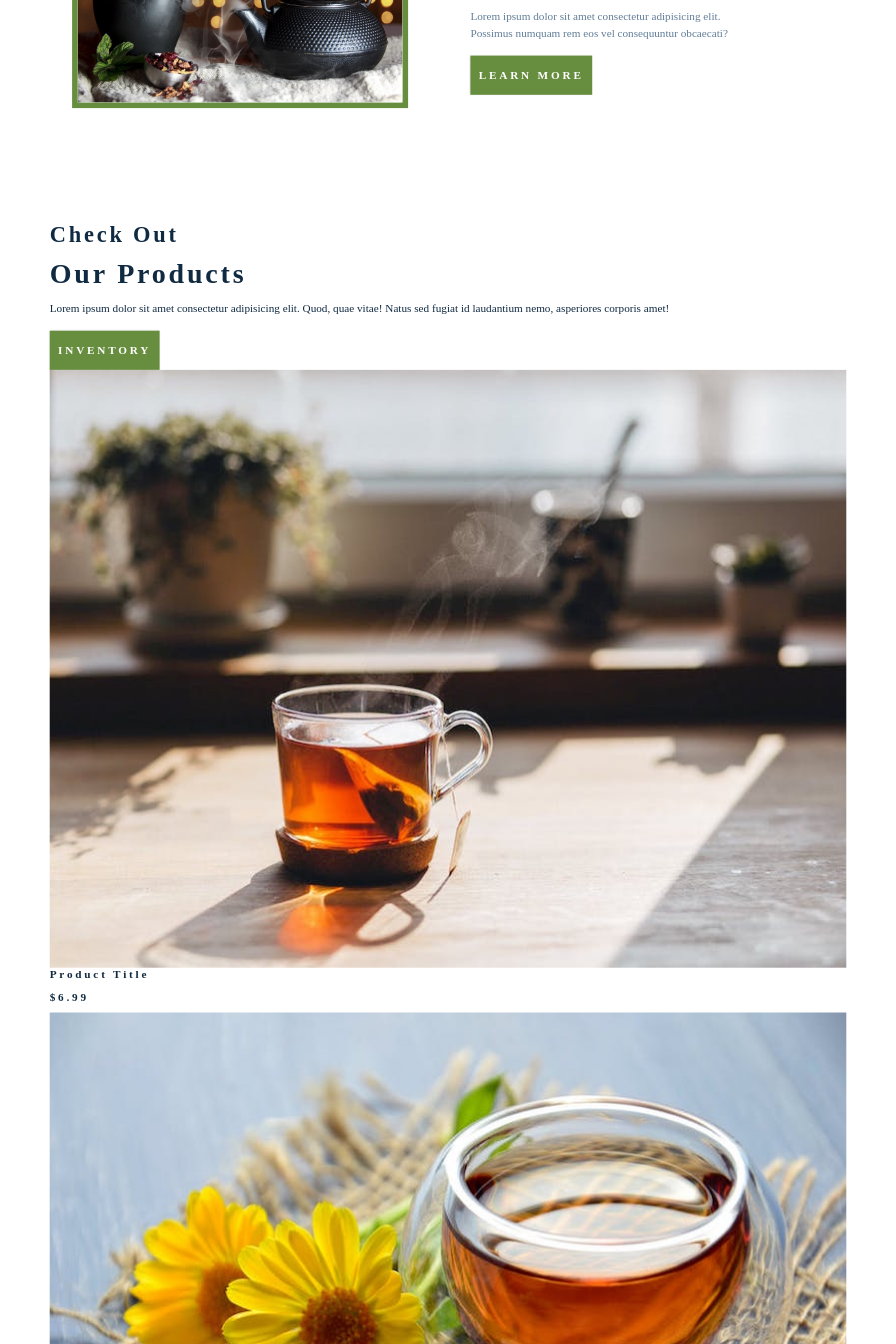
Repository: Ndifoinhilary/building_tea_site
Page: index.html
These files come from the project's save history. The page is drawn as it stood at one moment and after the next save; the edit follows.
The browser window is 1280 px wide. The pictures show the part of the page from y = 1379 to 3299 px (the page is 5444 px tall before and 5572 px after), at 70% of full size.
Backgrounds fixed to the window are drawn as part of the page. Some web fonts or font styles are not loaded; a fallback is used.

Above is the page before, as saved 2024-01-06 13:00:31.

After the next save:
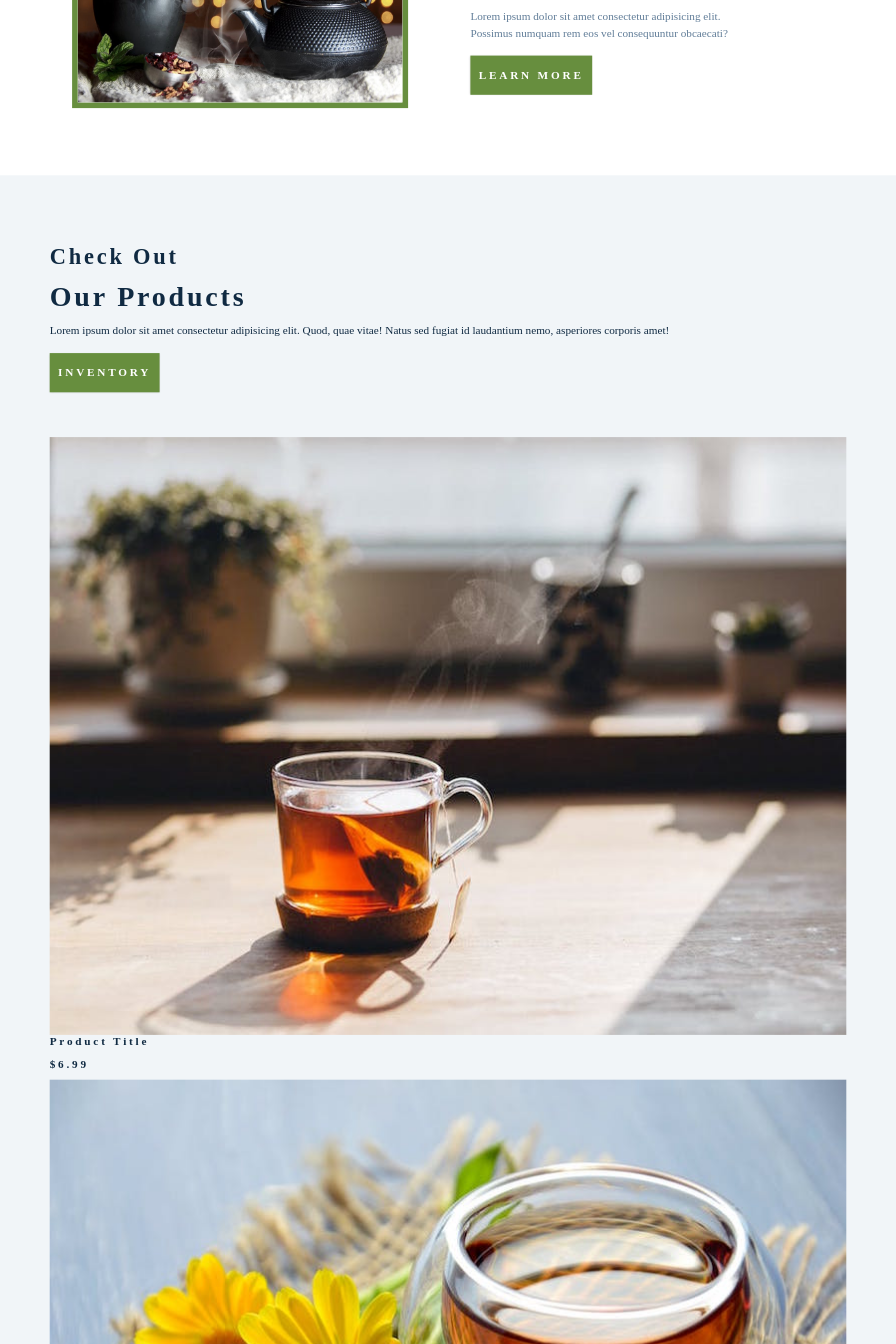
Saved 2 min 37 s later.
--- a/css/styles.css
+++ b/css/styles.css
@@ -269,3 +269,12 @@ transform: scale(1.2)
     padding-left:2rem ;
   }
 }
+
+.products{
+  background: var(--clr-grey-10);
+
+}
+
+.products article{
+  padding: 2rem 0;
+}
